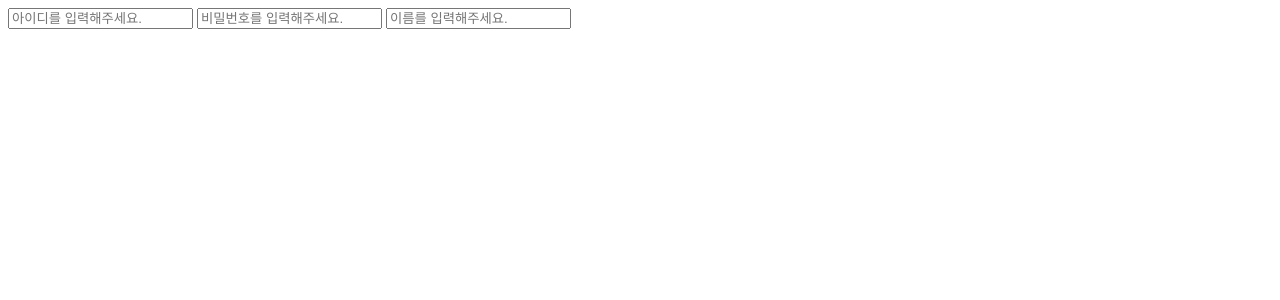
Repository: Luho0113/SpringBootStudy
Page: http://localhost/web/user-insert.jsp
These files come from the project's save history. The page is drawn as it stood at one moment and after the next save; the edit follows.
The browser window is 1280 px wide. The pictures show the whole page.
The page is served by Tomcat 9. Other server files are loaded and not shown.

Above is the page before, as saved 2023-05-04 02:49:25.

### web/src/main/webapp/user-insert.jsp
<%@ page language="java" contentType="text/html; charset=UTF-8"
    pageEncoding="UTF-8"%>
<!DOCTYPE html>
<html>
<head>
<meta charset="UTF-8">
<title>회원 등록</title>
</head>
<body>

<form action="/user-insert-ok.jsp" method="POST">
	<input type="text" name="uiId" placeholder="아이디를 입력해주세요.">
	<input type="password" name="uiPwd" placeholder="비밀번호를 입력해주세요.">
	<input type="text" name="uiName" placeholder="이름를 입력해주세요.">
</form>

</body>
</html>

After the next save:
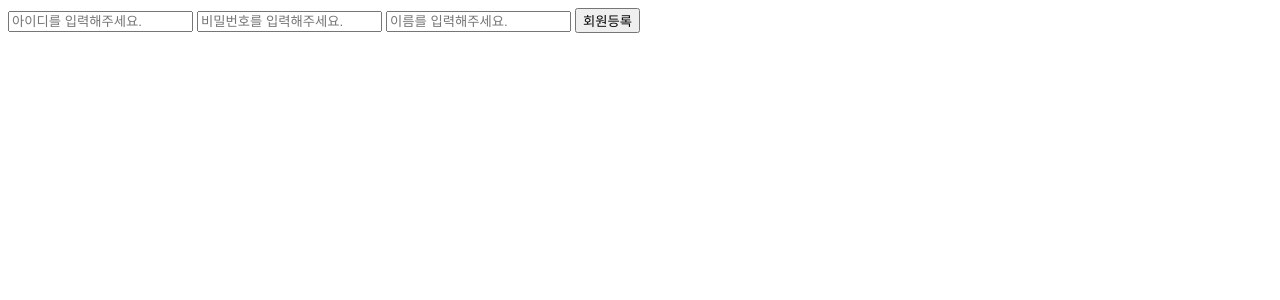
Saved 29 s later.
--- a/web/src/main/webapp/user-insert.jsp
+++ b/web/src/main/webapp/user-insert.jsp
@@ -12,6 +12,7 @@
 	<input type="text" name="uiId" placeholder="아이디를 입력해주세요.">
 	<input type="password" name="uiPwd" placeholder="비밀번호를 입력해주세요.">
 	<input type="text" name="uiName" placeholder="이름를 입력해주세요.">
+	<button>회원등록</button>
 </form>
 
 </body>
